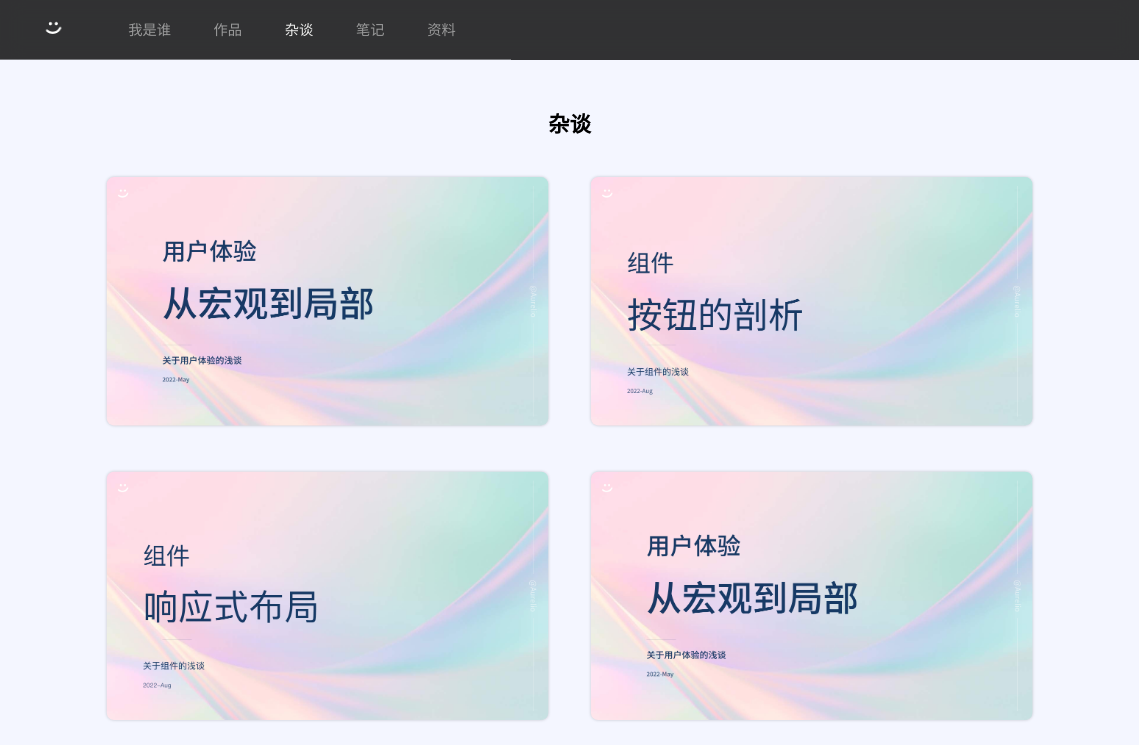
Repository: LiuZixu-aurelio/myblog-Vue
Page: /#/home/talk
The author's editor kept a copy of each file at every save. The page is drawn from the files as they stood at one save, then again after the next save.
The browser window is 1280 px wide. The pictures show the whole page, at 89% of full size.
The project was rebuilt for these pictures with package versions that can differ from the ones it lists, and the page was loaded fresh each time. Also part of the build but not shown: vue.config.js, src/views/who.vue, src/views/PreView.vue, src/views/project.vue, src/views/sign.vue, src/views/test.vue, src/components/detailCom.vue.

Above is the page before, as saved 2022-12-01 16:18:03.

After the next save:
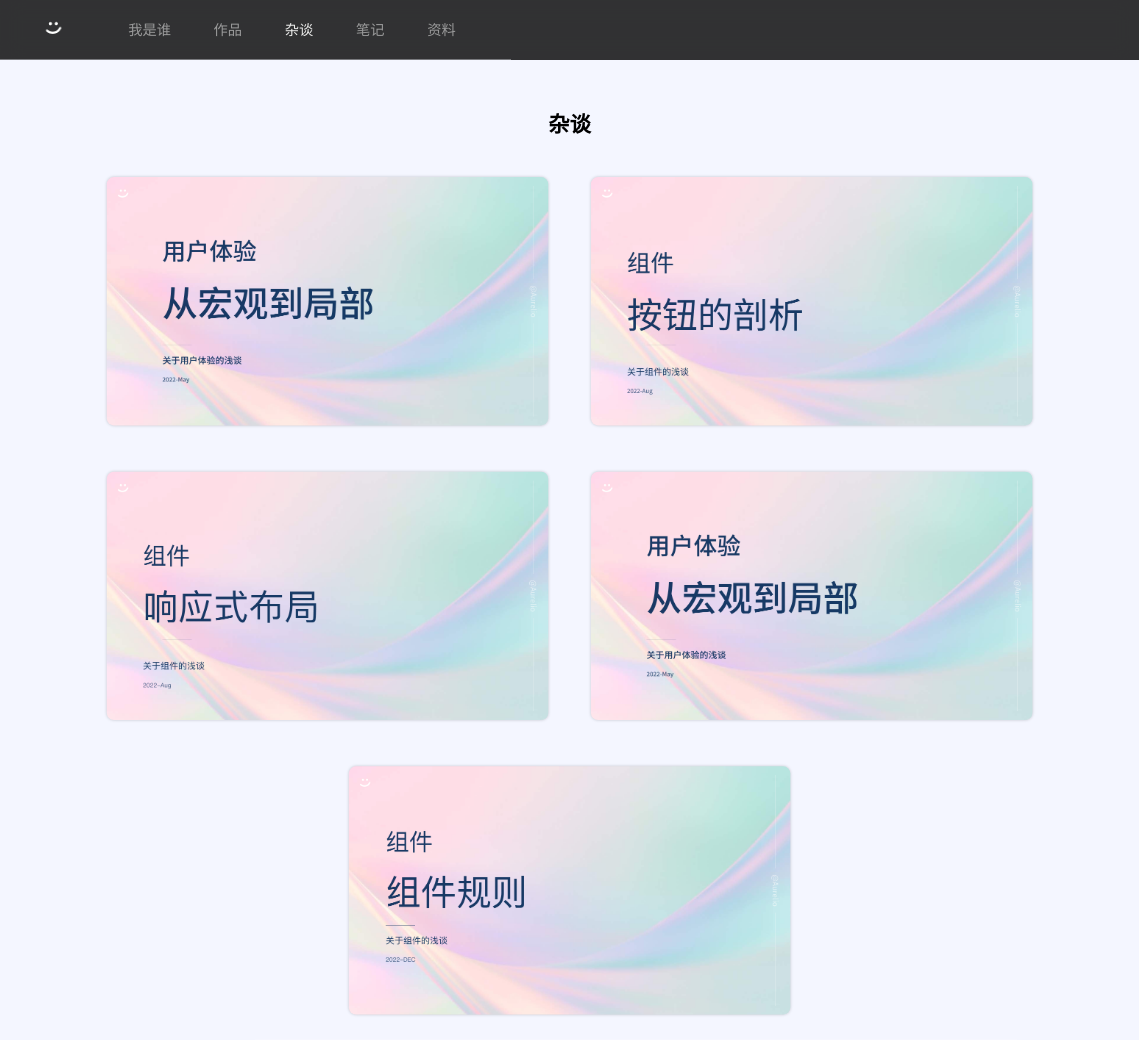
Saved 2 min 44 s later.
--- a/src/views/talk.vue
+++ b/src/views/talk.vue
@@ -6,6 +6,7 @@
             <CardCom :na='abutton' :ur='bbutton' :lnk='cbutton'></CardCom>
             <CardCom :na='aResponsive' :ur='bResponsive' :lnk='cResponsive'></CardCom>
             <CardCom :na='at' :ur='bt' :lnk='ct'></CardCom>
+            <CardCom :na='talkrule1' :ur='talkrule2' :lnk='talkrule4'></CardCom>
         </div>
     </div>
 </template>
@@ -16,6 +17,8 @@ import {scard1, scard2, scard4} from '../pages/zhihu.js'
 import {scard1t, scard2t, scard4t} from '../pages/talk-ux.js'
 import {button1, button2, button4} from '../pages/c-button'
 import {talkResponsive1, talkResponsive2, talkResponsive4} from '../pages/talk-responsive'
+import {talkrule1, talkrule2, talkrule4} from '../pages/talk-rule'
+
 
 
 
@@ -27,6 +30,7 @@ export default {
         at:scard1t,bt:scard2t,ct:scard4t,
         abutton:button1,bbutton:button2,cbutton:button4,
         aResponsive:talkResponsive1,bResponsive:talkResponsive2,cResponsive:talkResponsive4,
+        talkrule1,talkrule2,talkrule4,
         }
     },
   components: { CardCom}
